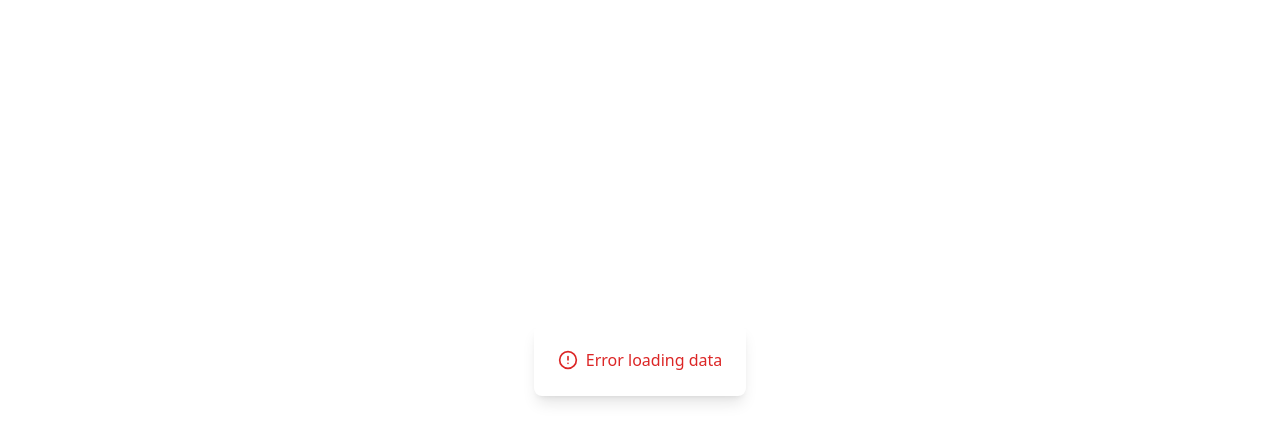
Repository: gpierre004/Stock_Analysis_Dashboard
Page: /
An editor plug-in stored every save of this project. The page is shown before and after the next save, followed by the edit.
The browser window is 1280 px wide. The pictures show the whole page.
The page's requests for data from a server got no answer. The project was rebuilt for these pictures with package versions that can differ from the ones it lists, and the page was loaded fresh each time. No one was signed in, and anything a server would have sent is missing. Also part of the build but not shown: vite.config.ts, src/components/PriceChart.tsx, src/components/VolumeAnalysis.tsx, src/components/TechnicalSignals.tsx, src/components/common/ErrorCard.tsx, src/components/StockCard.tsx, src/components/CorrelationMatrix.tsx, src/components/Portfolio.tsx.

Above is the page before, as saved 2024-11-17 16:33:28.

### src/App.tsx
import React from 'react';
import { QueryClient, QueryClientProvider } from '@tanstack/react-query';
import { BrowserRouter as Router, Route, Routes } from 'react-router-dom';
import Dashboard from './components/Dashboard';
import Portfolio from './components/Portfolio'; // Import the Portfolio component

const queryClient = new QueryClient({
  defaultOptions: {
    queries: {
      retry: 3,
      staleTime: 30000,
      refetchOnWindowFocus: false,
      refetchOnMount: true,
      onError: (error) => {
        console.error('Query error:', error);
      },
    },
  },
});

function App() {
  return (
    <QueryClientProvider client={queryClient}>
      <Router>
        <Routes>
          <Route path="/" element={<Dashboard />} />
          <Route path="/portfolio" element={<Portfolio />} /> {/* Add the new route  */}
        </Routes>
      </Router>
    </QueryClientProvider>
  );
}

export default App;

### src/components/Dashboard.tsx
import React from 'react';
import { GanttChartSquare } from 'lucide-react';
import StockCard from './StockCard';
import LoadingCard from './common/LoadingCard';
import ErrorCard from './common/ErrorCard';
import { CorrelationMatrix } from './CorrelationMatrix';
import { useLatestPrices, useCorrelations } from '../hooks/useStockData';
import { Link } from 'react-router-dom'; // Import Link for navigation

export const Dashboard = () => {
  const {
    data: latestPrices,
    isLoading: pricesLoading,
    error: pricesError,
    isError: isPricesError
  } = useLatestPrices();

  const tickers = React.useMemo(() =>
    latestPrices?.map(price => price.CompanyTicker) || [],
    [latestPrices]
  );

  const {
    data: correlations,
    isLoading: correlationsLoading
  } = useCorrelations(tickers);

  const handleUpdatePrices = async () => {
    try {
      const response = await fetch('http://localhost:3000/api/stock-prices', {
        method: 'GET', // Assuming the endpoint is a GET request
      });
      if (!response.ok) {
        throw new Error('Failed to update stock prices');
      }
      const result = await response.text();
      alert(result); // Show success message
    } catch (error) {
      console.error('Error updating stock prices:', error);
      alert('Error updating stock prices');
    }
  };

  if (isPricesError) {
    return (
      <div className="min-h-screen flex items-center justify-center">
        <ErrorCard
          message={pricesError instanceof Error ? pricesError.message : 'Error loading price data'}
        />
      </div>
    );
  }

  if (pricesLoading) {
    return (
      <div className="min-h-screen flex items-center justify-center">
        <LoadingCard message={''} />
      </div>
    );
  }

  if (!latestPrices?.length) {
    return (
      <div className="min-h-screen flex items-center justify-center">
        <ErrorCard message="No stock data available" />
      </div>
    );
  }

  return (
    <div className="min-h-screen bg-gray-100">
      <header className="bg-white shadow-sm">
        <div className="max-w-7xl mx-auto px-4 py-4 sm:px-6 lg:px-8">
          <div className="flex items-center justify-between">
            <div className="flex items-center gap-2">
              <GanttChartSquare className="w-8 h-8 text-blue-600" />
              <h1 className="text-2xl font-bold text-gray-900">Stock Analysis Dashboard</h1>
            </div>
            <nav>
              <Link to="/portfolio" className="text-blue-600 hover:underline">
                Portfolio
              </Link>
            </nav>
          </div>
          <button
            onClick={handleUpdatePrices}
            className="mt-4 px-4 py-2 bg-blue-600 text-white rounded hover:bg-blue-700"
          >
            Update Stock Prices
          </button>
        </div>
      </header>

      <main className="max-w-7xl mx-auto px-4 py-8 sm:px-6 lg:px-8">
        <div className="grid grid-cols-1 md:grid-cols-2 lg:grid-cols-3 gap-6">
          {latestPrices.map((price) => (
            <StockCard key={price.CompanyTicker} ticker={price.CompanyTicker} />
          ))}
        </div>

        {!correlationsLoading && correlations && correlations.length > 0 && (
          <div className="mt-6">
            <CorrelationMatrix correlations={correlations} />
          </div>
        )}
      </main>
    </div>
  );
};

export default Dashboard;

### src/components/common/LoadingCard.tsx
import React from 'react';
import { AlertCircle } from 'lucide-react';

interface ErrorCardProps {
  message: string;
  ticker?: string;
}

export const ErrorCard = ({ message, ticker }: ErrorCardProps) => {
  return (
    <div className="bg-white rounded-lg shadow-lg p-6">
      <div className="flex items-center gap-2 text-red-600">
        <AlertCircle className="w-5 h-5" />
        <div>{message || `Error loading data${ticker ? ` for ${ticker}` : ''}`}</div>
      </div>
    </div>
  );
};

export default ErrorCard;

### src/hooks/useStockData.ts
import { useQuery } from '@tanstack/react-query';

const API_BASE_URL = 'http://localhost:3000/api';

interface StockPrice {
  CompanyTicker: string;
  adjustedClose: number;
  volume: number;
  date: string;
}

interface VolumeAnalysisData {
  CompanyTicker: string;
  volume: number;
  avg_volume: number;
  vwap: number;
}

interface TechnicalIndicatorData {
  CompanyTicker: string;
  current_price: number;
  price_change_20d: number | null;
  sma20: number;
  avg_volume: number;
}

interface CorrelationData {
  ticker1: string;
  ticker2: string;
  correlation: number;
}

//Portfolio-related
interface PortfolioStock {
  ticker: string;
  total_invested: number;
  market_value: number;
  total_profit_loss: number;
  current_quantity : number;
  roi_percentage : number;
}

// Error handling with specific error types
class APIError extends Error {
  constructor(public status: number, message: string) {
    super(message);
    this.name = 'APIError';
  }
}

// Generic fetch function with improved error handling
const fetchData = async <T>(url: string): Promise<T> => {
  try {
    const response = await fetch(url);
    if (!response.ok) {
      const errorText = await response.text();
      throw new APIError(response.status, errorText);
    }
    return response.json();
  } catch (error) {
    if (error instanceof APIError) {
      throw error;
    }
    throw new Error('Network error occurred');
  }
};

// Constants for refetch intervals
const REFRESH_INTERVALS = {
  PRICE: 60000,    // 1 minute
  VOLUME: 60000,   // 1 minute
  TECHNICAL: 60000, // 1 minute
  CORRELATION: 300000 // 5 minutes
} as const;

export const useLatestPrices = () => {
  return useQuery<StockPrice[], APIError>({
    queryKey: ['latestPrices'],
    queryFn: () => fetchData(`${API_BASE_URL}/prices/latest`),
    refetchInterval: REFRESH_INTERVALS.PRICE,
    retry: 3,
    staleTime: 30000,
    select: (data) => data.map(price => ({
      ...price,
      adjustedClose: Number(price.adjustedClose),
      volume: Number(price.volume)
    }))
  });
};

export const useVolumeAnalysis = (ticker: string) => {
  return useQuery<VolumeAnalysisData, APIError>({
    queryKey: ['volumeAnalysis', ticker],
    queryFn: () => fetchData(`${API_BASE_URL}/analysis/volume/${ticker}`),
    enabled: Boolean(ticker),
    refetchInterval: REFRESH_INTERVALS.VOLUME,
    retry: 3,
    staleTime: 30000,
    select: (data) => ({
      ...data,
      volume: Number(data.volume),
      avg_volume: Number(data.avg_volume),
      vwap: Number(data.vwap)
    })
  });
};

export const useTechnicalIndicators = (ticker: string) => {
  return useQuery<TechnicalIndicatorData, APIError>({
    queryKey: ['technicalIndicators', ticker],
    queryFn: () => fetchData(`${API_BASE_URL}/analysis/technical/${ticker}`),
    enabled: Boolean(ticker),
    refetchInterval: REFRESH_INTERVALS.TECHNICAL,
    retry: 3,
    staleTime: 30000,
    select: (data) => ({
      ...data,
      current_price: Number(data.current_price),
      price_change_20d: data.price_change_20d !== null ? Number(data.price_change_20d) : null,
      sma20: Number(data.sma20),
      avg_volume: Number(data.avg_volume)
    })
  });
};

export const useCorrelations = (tickers: string[]) => {
  return useQuery<CorrelationData[], APIError>({
    queryKey: ['correlations', tickers],
    queryFn: async () => {
      if (!tickers.length) return [];
      return fetchData(`${API_BASE_URL}/analysis/correlations?tickers=${tickers.join(',')}`);
    },
    enabled: tickers.length > 0,
    refetchInterval: REFRESH_INTERVALS.CORRELATION,
    retry: 3,
    staleTime: 150000,
    select: (data) => data.map(correlation => ({
      ...correlation,
      correlation: Number(correlation.correlation)
    }))
  });
};

// Porfolio related
export const usePortfolioData = () => {
  return useQuery<PortfolioStock[], Error>({
    queryKey: ['portfolioData'],
    queryFn: async () => {
      const response = await fetch(`${API_BASE_URL}/portfolio`);
      if (!response.ok) {
        throw new Error('Failed to fetch portfolio data');
      }
      const data = await response.json();
      console.log('Portfolio Data:', data); // Log the data
      return data;
    },
    staleTime: 30000,
  });
};

Loaded but not shown: index.html (common file); src/main.tsx (common file); src/index.css (common file); tailwind.config.js (common file)

After the next save:
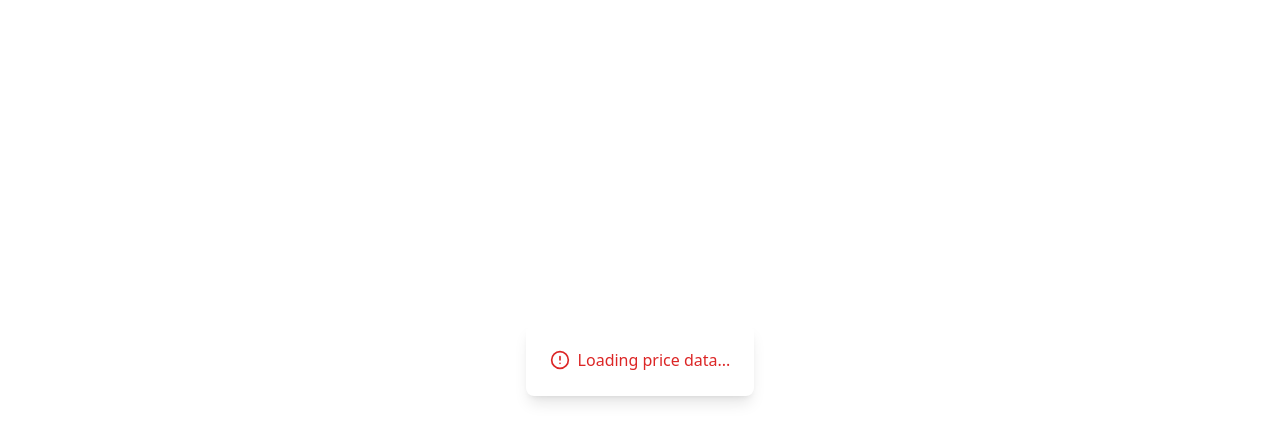
Saved 3 min 16 s later.
--- a/src/components/Dashboard.tsx
+++ b/src/components/Dashboard.tsx
@@ -1,18 +1,22 @@
-import React from 'react';
+import React, { useState } from 'react';
 import { GanttChartSquare } from 'lucide-react';
 import StockCard from './StockCard';
 import LoadingCard from './common/LoadingCard';
 import ErrorCard from './common/ErrorCard';
 import { CorrelationMatrix } from './CorrelationMatrix';
 import { useLatestPrices, useCorrelations } from '../hooks/useStockData';
-import { Link } from 'react-router-dom'; // Import Link for navigation
+import { Link } from 'react-router-dom';
 
 export const Dashboard = () => {
+  const [isUpdating, setIsUpdating] = useState(false);
+  const [updateError, setUpdateError] = useState<string | null>(null);
+
   const {
     data: latestPrices,
     isLoading: pricesLoading,
     error: pricesError,
-    isError: isPricesError
+    isError: isPricesError,
+    refetch: refetchPrices
   } = useLatestPrices();
 
   const tickers = React.useMemo(() =>
@@ -27,17 +31,38 @@ export const Dashboard = () => {
 
   const handleUpdatePrices = async () => {
     try {
-      const response = await fetch('http://localhost:3000/api/stock-prices', {
-        method: 'GET', // Assuming the endpoint is a GET request
+      setIsUpdating(true);
+      setUpdateError(null);
+
+      console.log('Starting price update...');
+      const response = await fetch('http://localhost:3000/api/stock-prices/update', {
+        method: 'POST',
+        headers: {
+          'Content-Type': 'application/json'
+        }
       });
+
       if (!response.ok) {
-        throw new Error('Failed to update stock prices');
+        const errorText = await response.text();
+        throw new Error(`Failed to update stock prices: ${errorText}`);
       }
-      const result = await response.text();
-      alert(result); // Show success message
+
+      const result = await response.json();
+      console.log('Update response:', result);
+
+      if (result.success) {
+        alert(result.message);
+        // Refresh the price data after successful update
+        await refetchPrices();
+      } else {
+        throw new Error(result.message || 'Update failed');
+      }
     } catch (error) {
       console.error('Error updating stock prices:', error);
-      alert('Error updating stock prices');
+      setUpdateError(error instanceof Error ? error.message : 'Error updating stock prices');
+      alert(error instanceof Error ? error.message : 'Error updating stock prices');
+    } finally {
+      setIsUpdating(false);
     }
   };
 
@@ -54,7 +79,7 @@ export const Dashboard = () => {
   if (pricesLoading) {
     return (
       <div className="min-h-screen flex items-center justify-center">
-        <LoadingCard message={''} />
+        <LoadingCard message="Loading price data..." />
       </div>
     );
   }
@@ -82,12 +107,18 @@ export const Dashboard = () => {
               </Link>
             </nav>
           </div>
-          <button
-            onClick={handleUpdatePrices}
-            className="mt-4 px-4 py-2 bg-blue-600 text-white rounded hover:bg-blue-700"
-          >
-            Update Stock Prices
-          </button>
+          <div className="mt-4 space-y-2">
+            <button
+              onClick={handleUpdatePrices}
+              disabled={isUpdating}
+              className={`px-4 py-2 bg-blue-600 text-white rounded hover:bg-blue-700 disabled:bg-blue-400 disabled:cursor-not-allowed transition-colors duration-200`}
+            >
+              {isUpdating ? 'Updating Prices...' : 'Update Stock Prices'}
+            </button>
+            {updateError && (
+              <div className="text-red-600 text-sm">{updateError}</div>
+            )}
+          </div>
         </div>
       </header>
 
